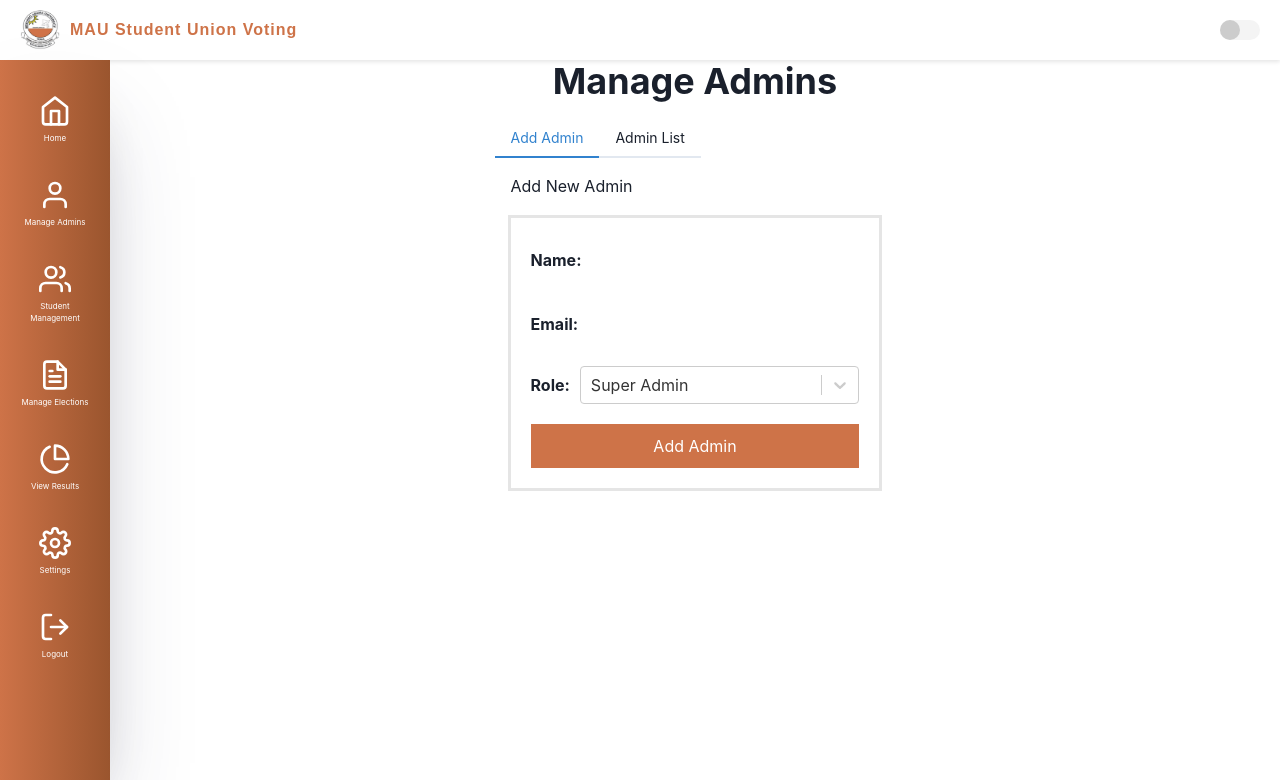
Repository: joena1o/e-vote
Page: /admin-dashboard/manage-admin
An editor plug-in stored every save of this project. The page is shown before and after the next save, followed by the edit.
The browser window is 1280 px wide. The pictures show the whole page.
The project was rebuilt for these pictures with package versions that can differ from the ones it lists, and the page was loaded fresh each time. Also part of the build but not shown: src/components/EnhancedLogin.js, src/components/maincontent/RegisterStudents/ManageStudents.js, src/components/maincontent/RegisterStudents/RegisterStudents.js, src/components/maincontent/RegisterStudents/StudentManagement.js, src/components/maincontent/ElectionResults/ViewResults.js, src/components/maincontent/Settings/Settings.js, src/api/index.js, src/components/maincontent/home/Home.styles.js and 15 more.

Above is the page before, as saved 2023-10-24 07:22:06.

After the next save:
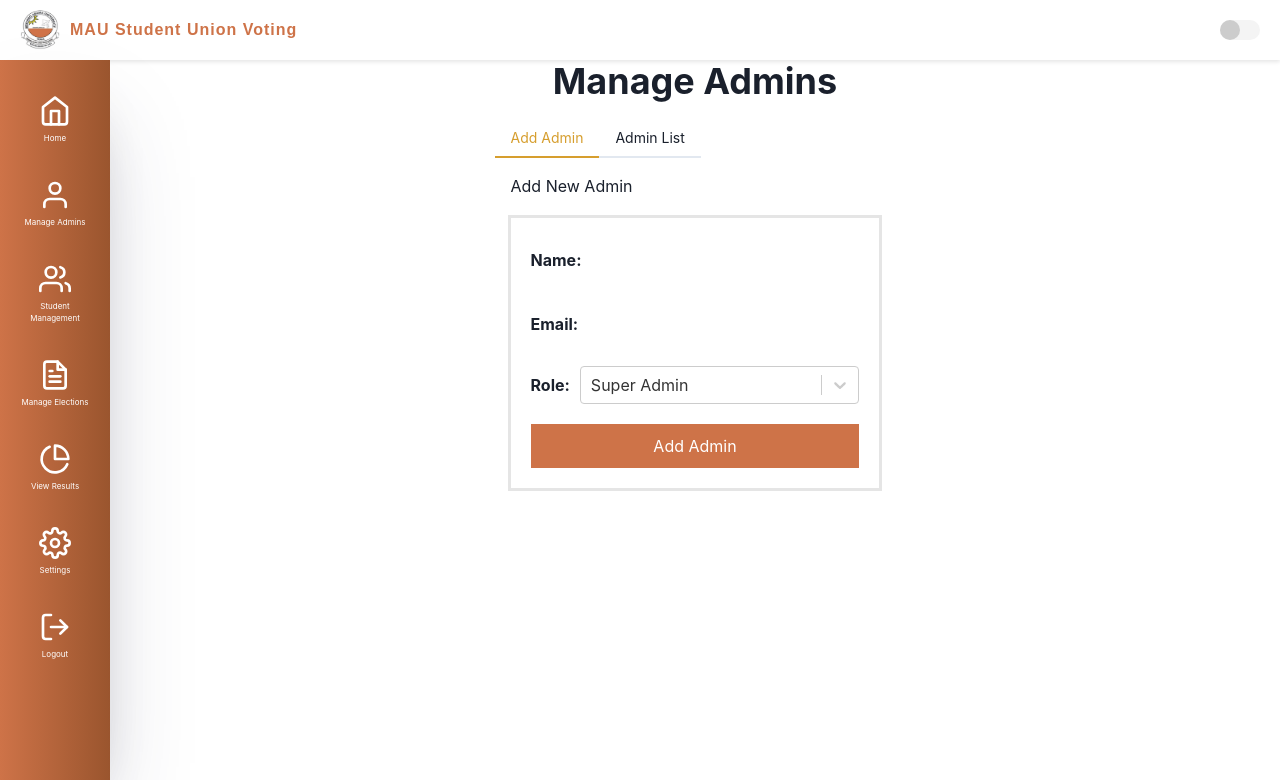
Saved 2 min 36 s later.
--- a/src/components/maincontent/ManageAdmins/ManageAdmins.js
+++ b/src/components/maincontent/ManageAdmins/ManageAdmins.js
@@ -16,12 +16,13 @@ const ManageAdmins = () => {
       <Box w="30%" maxW="400px" display="flex" flexDirection="column" alignItems="center">
         <Tabs index={activeTab} onChange={handleTabChange} isLazy>
           <TabList display="inline-flex" justifyContent="center" mx="auto">
-          <Tab fontSize="sm" px={4} py={2} _selected={{ borderBottom: '2px solid', borderColor: 'blue.500', color: 'blue.500' }}>
+          <Tab fontSize="sm" px={4} py={2} _selected={{ borderBottom: '2px solid', borderColor: 'yellow.500', color: 'yellow.500' }}>
              Add Admin
           </Tab>
-          <Tab fontSize="sm" px={4} py={2} _selected={{ borderBottom: '2px solid', borderColor: 'blue.500', color: 'blue.500' }}>
+          <Tab fontSize="sm" px={4} py={2} _selected={{ borderBottom: '2px solid', borderColor: 'yellow.500', color: 'yellow.500' }}>
              Admin List
           </Tab>
+
           </TabList>
           <TabPanels>
             <TabPanel>
